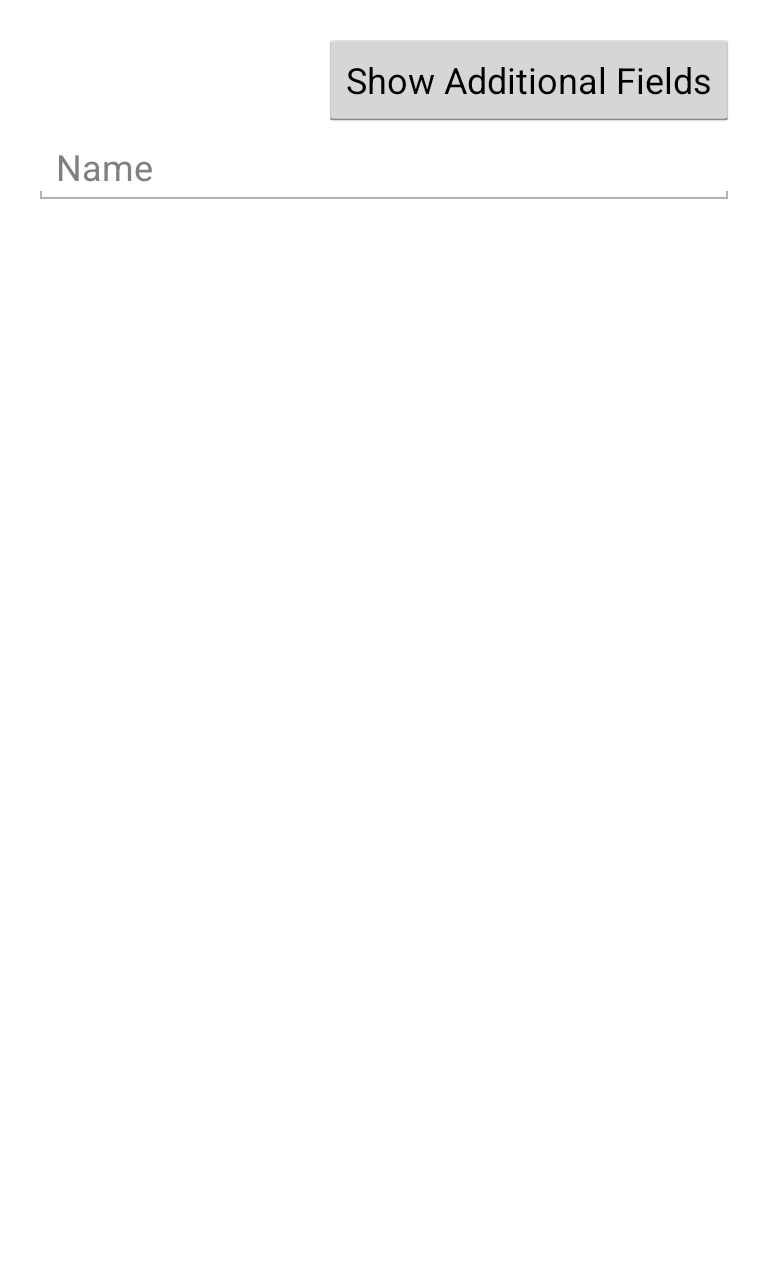
Repository: andreeastoican/Laborator04
Layout: ContactsManager/res/layout/fragment_basic_details.xml
The author's editor kept a copy of each file at every save. The layout is drawn from the files as they stood at one save, then again after the next save.
It is drawn on a 768 x 1280 px phone screen (xhdpi) without system bars, with theme AppTheme; the app's code is not run.

Above is the layout before, as saved 2015-03-17 19:27:54.

### ContactsManager/res/layout/fragment_basic_details.xml
<LinearLayout xmlns:android="http://schemas.android.com/apk/res/android"
    xmlns:tools="http://schemas.android.com/tools"
    android:id="@+id/containerTop"
    android:layout_width="match_parent"
    android:layout_height="match_parent"
    android:paddingBottom="@dimen/activity_vertical_margin"
    android:paddingLeft="@dimen/activity_horizontal_margin"
    android:paddingRight="@dimen/activity_horizontal_margin"
    android:paddingTop="@dimen/activity_vertical_margin"
    android:orientation="vertical"
    tools:context="ro.pub.cs.systems.pdsd.lab04.contactsmanager.BasicDetailsFragment" >

    <Button
	       android:id="@+id/id_additional_filed"
	       android:text="Show Additional Fields"
	       android:layout_height="wrap_content"
	       android:layout_width="wrap_content"
	       android:layout_gravity="right"/>
	   <EditText
	       android:id="@+id/id_name"
	       android:layout_width="fill_parent"
	       android:layout_height="wrap_content"
	       android:hint="Name"/>

</LinearLayout>

Loaded but not shown: ContactsManager/res/values/styles.xml (common file); ContactsManager/res/values-v11/styles.xml (common file); ContactsManager/res/values-v14/styles.xml (common file); ContactsManager/res/values/dimens.xml (common file); ContactsManager/res/values-w820dp/dimens.xml (common file)

After the next save:
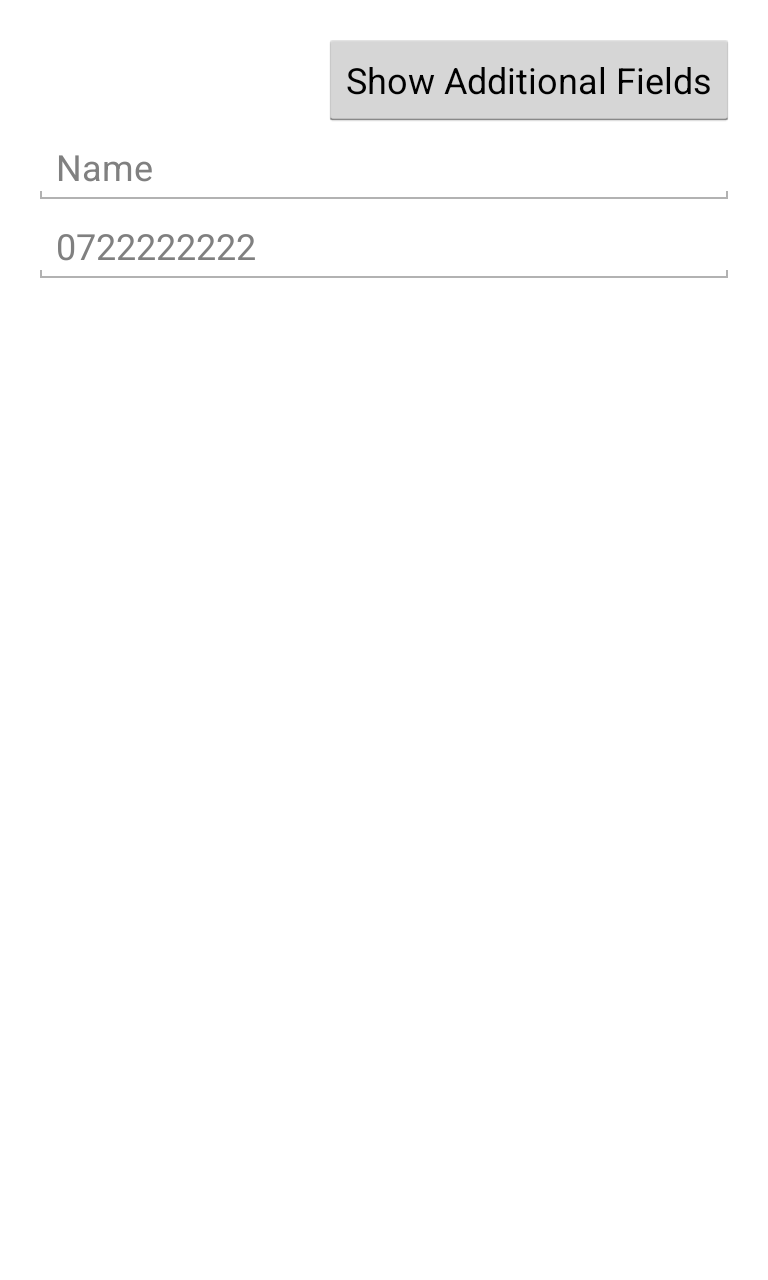
Saved 45 s later.
--- a/ContactsManager/res/layout/fragment_basic_details.xml
+++ b/ContactsManager/res/layout/fragment_basic_details.xml
@@ -21,5 +21,10 @@
 	       android:layout_width="fill_parent"
 	       android:layout_height="wrap_content"
 	       android:hint="Name"/>
+	   <EditText
+	       android:id="@+id/id_name"
+	       android:layout_width="fill_parent"
+	       android:layout_height="wrap_content"
+	       android:hint="0722222222"/>
 
 </LinearLayout>
